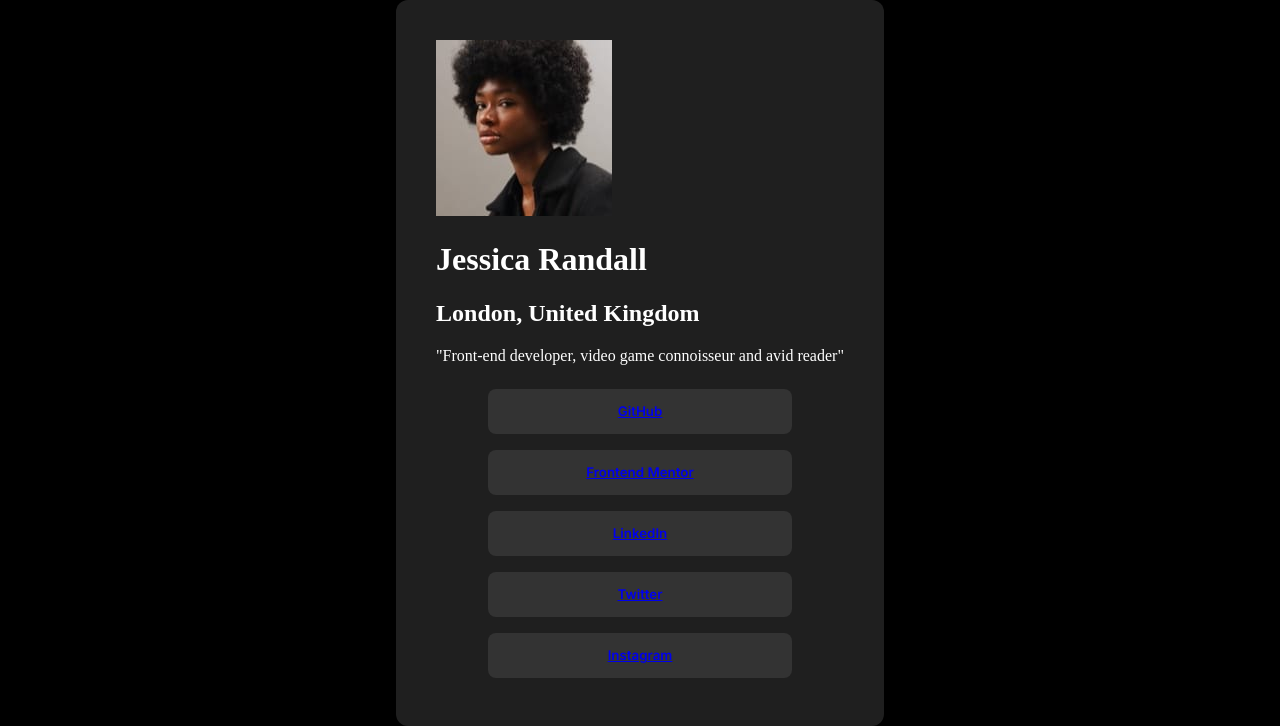
Repository: brandontaylor1/social-links-profile
Page: index.html
An editor plug-in stored every save of this project. The page is shown before and after a run of saves, followed by the edit.
The browser window is 1280 px wide. The pictures show the whole page.

Above is the page before, as saved 2024-12-25 17:12:00.

### index.html
<!DOCTYPE html>
<html lang="en">
<head>
    <meta charset="UTF-8">
    <meta name="viewport" content="width=device-width, initial-scale=1.0">
    <link rel="preconnect" href="https://fonts.googleapis.com">
    <link rel="preconnect" href="https://fonts.gstatic.com" crossorigin>
    <link href="https://fonts.googleapis.com/css2?family=Inter:ital,opsz,wght@0,14..32,100..900;1,14..32,100..900&display=swap" rel="stylesheet">
    <link rel="stylesheet" href="styles.css">
    <title>Social Links Profile</title>
</head>
<body>
    <main class="container">
        <div class="profile-content">
            <div class="img-container">
                <img src="./images/avatar-jessica.jpeg" alt="profile-pic">
            </div>
            <div class="profile-text">
                <h1>Jessica Randall</h1>
                <h2>London, United Kingdom</h2>
            </div>
            <p>"Front-end developer, video game connoisseur and avid reader"</p>
        </div>
        <div class="social-link-button-container">
            <button class="social-link-button"><a href="#">GitHub</a></button>
            <button class="social-link-button"><a href="#">Frontend Mentor</a></button>
            <button class="social-link-button"><a href="#">LinkedIn</a></button>
            <button class="social-link-button"><a href="#">Twitter</a></button>
            <button class="social-link-button"><a href="#">Instagram</a></button>
        </div>
    </main>

    <script src="index.js"></script>
</body>
</html>

### styles.css
:root {
    --gray-900: #141414;
    --gray-800: #1F1F1F;
    --gray-700: #333333;

    --color-white: #FFFFFF;
    --color-black: #000000;

    --color-green: #C4F82A;

}

body {
    box-sizing: border-box;
    margin: 0;
    padding: 0;
    background-color: black;
    display: flex;
    justify-content: center;
    align-items: center;
    background-color: var(--color-black);
}

.container {
    background-color: var(--gray-800);
    color: var(--color-white);
    display: flex;
    flex-direction: column;
    justify-content: center;
    align-items: center;
    border-radius: 12px;
    padding: 40px;
}


.social-link-button-container {
    display: flex;
    flex-direction: column;
    justify-content: center;
    align-items: center;

}

.social-link-button {
    width: 304px;
    height: 45px;
    background-color: var(--gray-700);
    color: var(--color-white);
    border: none;
    border-radius: 8px;
    margin: 8px;
    font-family: "Inter", sans-serif;
    font-weight: 600;

}

.social-link-button:hover {
    background-color: var(--color-green);

}

.social-link-button a:hover {
    color: var(--color-black);
}
/
/* a {
    text-decoration: none;
    color: var(--color-white);
}

a:hover {
    color: var(--color-black);
} */

Loaded but not shown: index.js (no stored copy; drawn as an empty file)

After the next 2 saves:
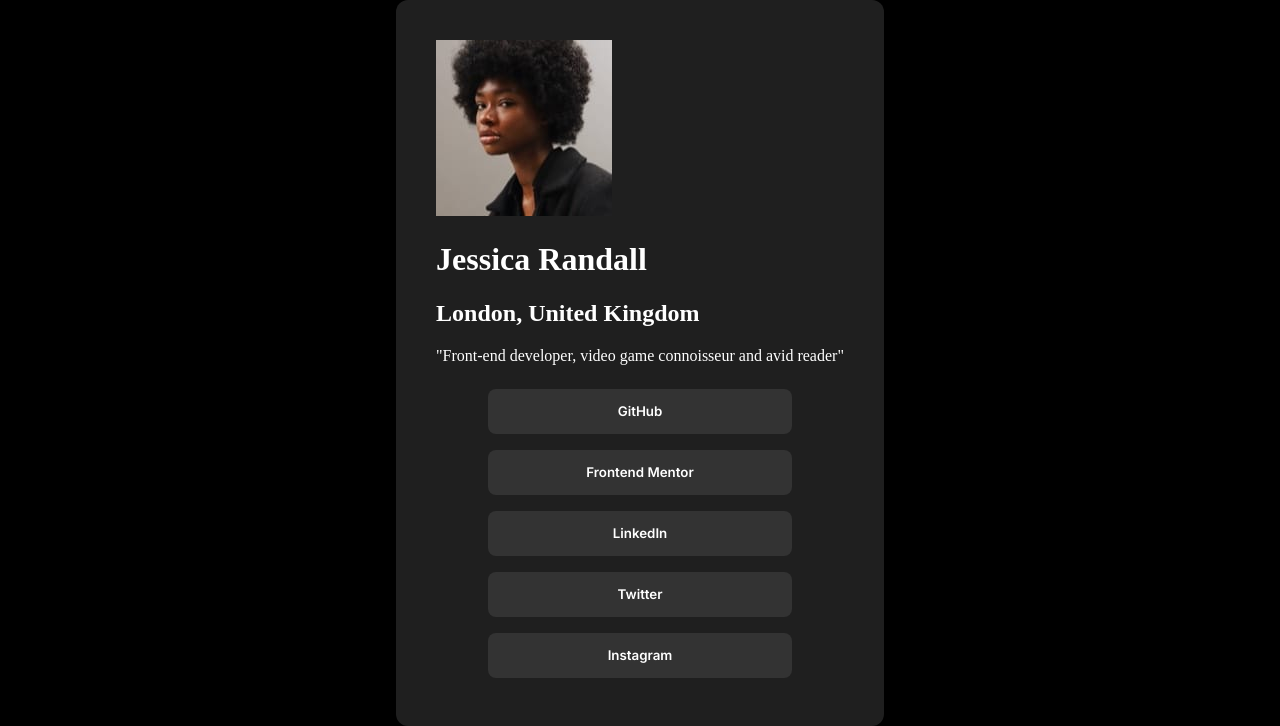
The 2 saves are shown as one change because they came seconds apart.
The last was saved 6 s later.
--- a/styles.css
+++ b/styles.css
@@ -62,8 +62,8 @@ body {
 .social-link-button a:hover {
     color: var(--color-black);
 }
-/
-/* a {
+
+a {
     text-decoration: none;
     color: var(--color-white);
 }
